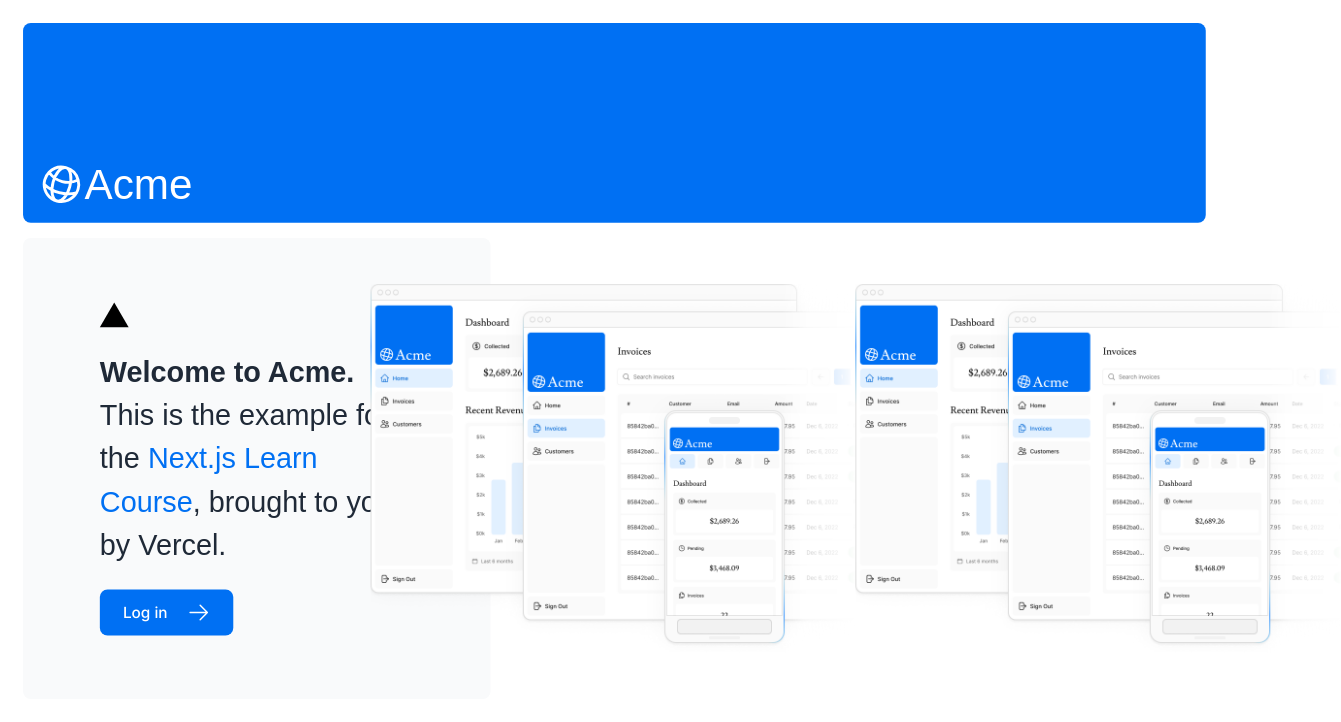
Repository: devcollinsmakui/JustNext
Page: /
An editor plug-in stored every save of this project. The page is shown before and after a run of saves, followed by the edit.
The browser window is 1280 px wide. The page is 1397 px wide, so the pictures cover 1397 px, including what lies to the right of the window. The pictures show the whole page, at 96% of full size.
Some web fonts or font styles are not loaded; a fallback is used. The project was rebuilt for these pictures with package versions that can differ from the ones it lists, and the page was loaded fresh each time. The framework's server and built-in components were replaced by stand-ins that run in the browser. Also part of the build but not shown: next.config.ts.

Above is the page before, as saved 2026-06-10 12:17:59.

### app/layout.tsx
import '@/app/ui/global.css'
import { inter } from './ui/fonts';
export default function RootLayout({
  children,
}: {
  children: React.ReactNode;
}) {
  return (
    <html lang="en">
      <body className={`${inter.className} antialiased`}>{children}</body>
    </html>
  );
}

### app/page.tsx
import AcmeLogo from '@/app/ui/acme-logo';
import { ArrowRightIcon } from '@heroicons/react/24/outline';
import Link from 'next/link';
import homeStyles from '@/app/ui/home.module.css';
import { lusitana } from './ui/fonts';
import Image from 'next/image';

export default function Page() {
  return (
    <main className="flex min-h-screen flex-col p-6">
      {/* <div className={homeStyles.shape}/> */}
      <div className="flex h-20 shrink-0 items-end rounded-lg bg-blue-500 p-4 md:h-52">
        <AcmeLogo />
      </div>
      <div className="mt-4 flex grow flex-col gap-4 md:flex-row">
        <div className="flex flex-col justify-center gap-6 rounded-lg bg-gray-50 px-6 py-10 md:w-2/5 md:px-20">
          <div
            className="relative w-0 h-0 border-l-[15px] border-r-[15px] border-b-[26px] border-l-transparent border-r-transparent border-b-black"
          />
          <p className={`text-xl text-gray-800 md:text-3xl md:leading-normal ${lusitana.className}`}>
            <strong>Welcome to Acme.</strong> This is the example for the{' '}
            <a href="https://nextjs.org/learn/" className="text-blue-500">
              Next.js Learn Course
            </a>
            , brought to you by Vercel.
          </p>
          <Link
            href="/login"
            className="flex items-center gap-5 self-start rounded-lg bg-blue-500 px-6 py-3 text-sm font-medium text-white transition-colors hover:bg-blue-400 md:text-base"
          >
            <span>Log in</span> <ArrowRightIcon className="w-5 md:w-6" />
          </Link>
        </div>
        <div className="flex items-center justify-center p-6 md:w-3/5 md:px-28 md:py-12">
          {/* Add Hero Images Here */}
          <Image
            src="/hero-desktop.png"
            width={1000}
            height={760}
            className="hidden md:block"
            alt="Screenshots of the dashboard project showing desktop version"
          />
          <Image
            src="/hero-desktop.png"
            width={1000}
            height={760}
            className="hidden md:block"
            alt="Screenshots of the dashboard project showing desktop version"
          />
        </div>
      </div>
    </main>
  );
}

### app/ui/fonts.ts
import { Inter, Lusitana } from 'next/font/google';

export const inter = Inter({ subsets: ['latin'] });

export const lusitana = Lusitana({weight:['400','700'], subsets: ['latin']});

Loaded but not shown: app/ui/global.css (common file); app/ui/acme-logo.tsx (common file); tailwind.config.ts (common file)

After the next 2 saves:
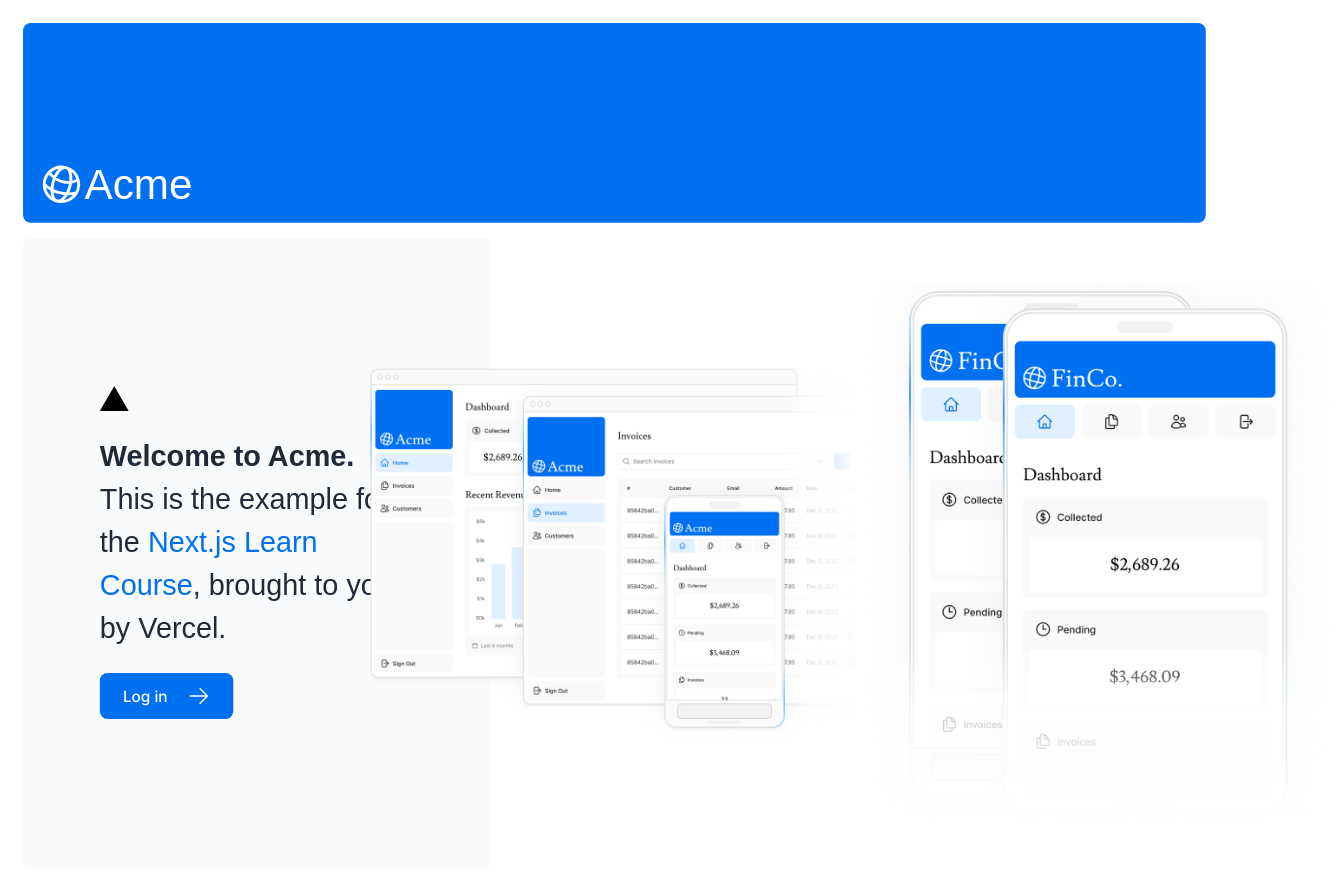
The 2 saves are shown as one change because they came seconds apart.
The last was saved 10 s later.
--- a/app/page.tsx
+++ b/app/page.tsx
@@ -41,7 +41,7 @@
             alt="Screenshots of the dashboard project showing desktop version"
           />
           <Image
-            src="/hero-desktop.png"
+            src="/hero-mobile.png"
             width={1000}
             height={760}
             className="hidden md:block"
